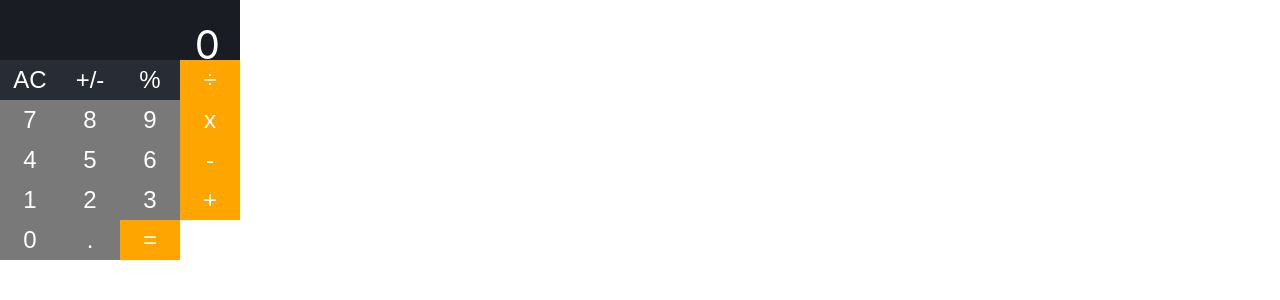
Repository: catsarenotreal/CalculatorWebApp
Page: /
These files come from the project's save history. The page is drawn as it stood at one moment and after the next save; the edit follows.
The browser window is 1280 px wide. The pictures show the whole page.
The project was rebuilt for these pictures with package versions that can differ from the ones it lists, and the page was loaded fresh each time.

Above is the page before, as saved 2024-08-23 10:33:43.

### src/App.tsx
import React from 'react';
// import logo from './logo.svg';
import { useState } from 'react';
import './App.css';

let stack : string[] = [];
var currNum : number = 0;

// const [display, setDisplay] = useState(0);

type Props = {
  val : string;
  colour : 'orange'|'darkgrey'|'lightgrey';
}

function refresh(){

}

// function calculation(op : string) { // when pressing operations, the prior evaluation is supposed to show

//   // var currNum : number;


//   let newNum : number = Number(stack.join());
//   stack.length = 0; // clearing stack

//   switch (op){ // er this is wrong
//     case "+":
//       currNum += newNum;
//       break;
//     case "-":
//       currNum -= newNum;
//       break;
//     case "÷":
//       if (newNum === 0) {
//         refresh(); // display not a number and refresh backend
//       }
//       currNum /= newNum;
//       break;
//     case "x":
//       currNum *= newNum;
//       break;
//   }


//   setDisplay(currNum);

// }

function DisplayScreen(props : Props){
  return <div className = "box">
    currNum;
  </div>
}

function Buttons(props : Props){

  const [display, setDisplay] = useState(0);

  const val = props.val;
  const colour = props.colour;

  function calculation(op : string) { // when pressing operations, the prior evaluation is supposed to show

    let newNum : number = Number(stack.join());
    stack.length = 0; // clearing stack

    switch (op){ // er this is wrong
      case "+":
        currNum += newNum;
        break;
      case "-":
        currNum -= newNum;
        break;
      case "÷":
        if (newNum === 0) {
          refresh(); // display not a number and refresh backend
        }
        currNum /= newNum;
        break;
      case "x":
        currNum *= newNum;
        break;
    }

    setDisplay(currNum);

  }


  function handleClick(props : Props){
    const val = props.val;

    if (val === "+" || val === "-" || val === "x" || val === "÷"){
      var output = calculation(val);
    }
    else{
      stack.push(val);
      let newNum : number = Number(stack.join());
      setDisplay(newNum);
    }
  }

  return <button className = {`Buttons ${colour}`} onClick = {() => handleClick(props)}>
    {val}
  </button>
}

export default function Calc() {
  return (
    <main>
      <div className = "row">
        <div className= "DisplayScreen">{currNum}</div>
      </div>
      <div className = "row">
        <Buttons val={'AC'} colour = 'darkgrey'/>
        <Buttons val={'+/-'} colour = 'darkgrey'/>
        <Buttons val={'%'} colour = 'darkgrey'/ >
        <Buttons val={'÷'} colour = 'orange' />
      </div>
      <div className = "row">
        <Buttons val={'7'} colour = 'lightgrey'/>
        <Buttons val={'8'} colour = 'lightgrey'/>
        <Buttons val={'9'} colour = 'lightgrey'/ >
        <Buttons val={'x'} colour = 'orange' />
      </div>
      <div className = "row">
        <Buttons val={'4'} colour = 'lightgrey'/>
        <Buttons val={'5'} colour = 'lightgrey'/>
        <Buttons val={'6'} colour = 'lightgrey'/ >
        <Buttons val={'-'} colour = 'orange' />
      </div>
      <div className = "row">
        <Buttons val={'1'} colour = 'lightgrey'/>
        <Buttons val={'2'} colour = 'lightgrey'/>
        <Buttons val={'3'} colour = 'lightgrey'/ >
        <Buttons val={'+'} colour = 'orange' />
      </div>
      <div className = "row">
        <Buttons val={'0'} colour = 'lightgrey'/>
        <Buttons val={'.'} colour = 'lightgrey'/>
        <Buttons val={'='} colour = 'orange'/>
      </div>
    </main>

  );
}

### src/App.css
.App {
  text-align: center;
}

.App-logo {
  height: 40vmin;
  pointer-events: none;
}


.App-header {
  background-color: #282c34;
  min-height: 100vh;
  display: flex;
  flex-direction: column;
  align-items: center;
  justify-content: center;
  font-size: calc(10px + 2vmin);
  color: white;
}

.App-link {
  color: #61dafb;
}


/* .DisplayScreen {
  background-color: rgb(24, 24, 24);
  text-align: right;
} */

.Buttons {
  text-align: center;
  box-shadow: none;
  outline: none;
  border: none;
  font-size: 1.5rem;
  color: white;
  height: 40px;
  width: 60px;
}

.Buttons.orange{
  background-color: orange;
}

.Buttons.lightgrey{
  background-color: #797979;
}

.Buttons.darkgrey{
  background-color:#282c34;
}

.DisplayScreen{
  width: 200px;
  height: 20px;
  padding:20px;
  /* font-size: 100;
   */
  font-size:2.5em;
  /* padding-bottom: ; */
  text-align: right;

  background-color: #191d23;
  color: white;
}





@keyframes App-logo-spin {
  from {
    transform: rotate(0deg);
  }
  to {
    transform: rotate(360deg);
  }
}

Loaded but not shown: public/index.html (common file); src/index.tsx (common file); src/index.css (common file); src/reportWebVitals.ts (common file)

After the next save:
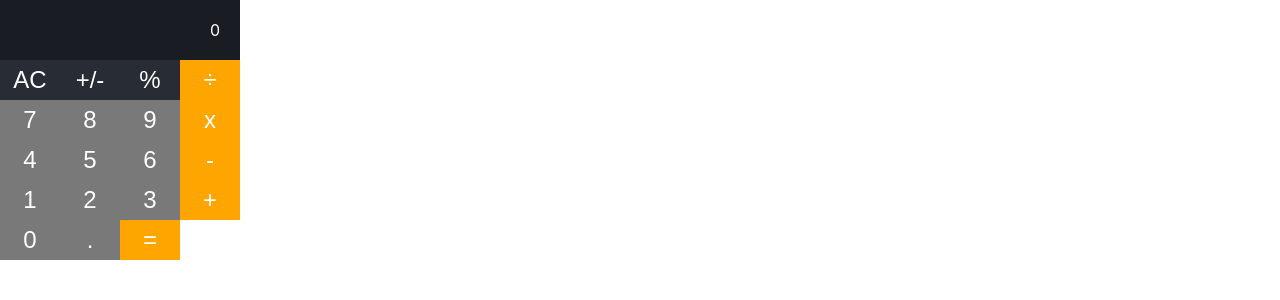
Saved 14 s later.
--- a/src/App.css
+++ b/src/App.css
@@ -58,7 +58,7 @@
   padding:20px;
   /* font-size: 100;
    */
-  font-size:2.5em;
+  font-size:100%;
   /* padding-bottom: ; */
   text-align: right;
 
